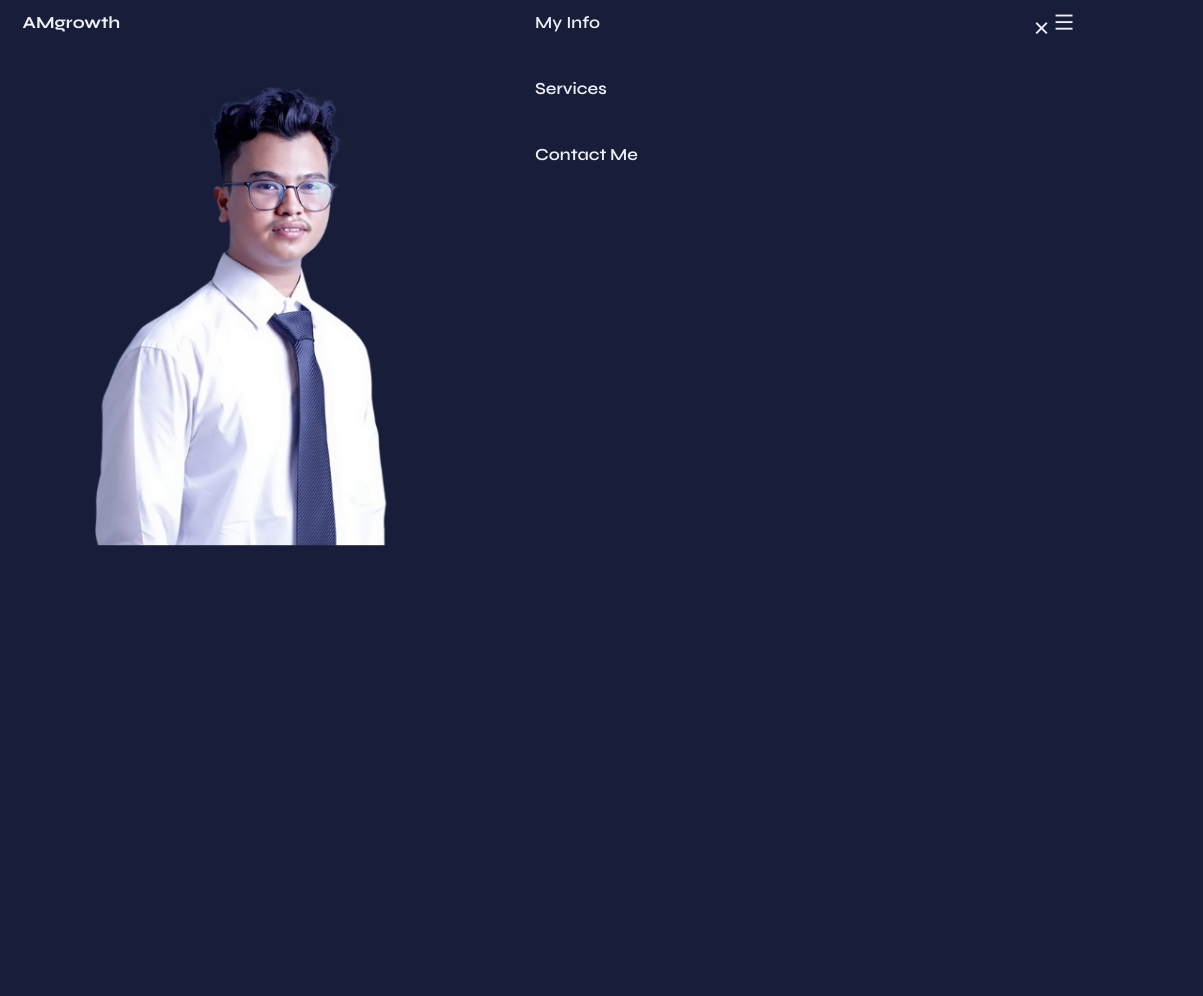
Repository: Ademaulana100499/portofolio
Page: index.html
An editor plug-in stored every save of this project. The page is shown before and after the next save, followed by the edit.
The browser window is 1280 px wide. The pictures show the whole page, at 94% of full size.
Some web fonts or font styles are not loaded; a fallback is used.

Above is the page before, as saved 2024-11-28 15:51:56.

After the next save:
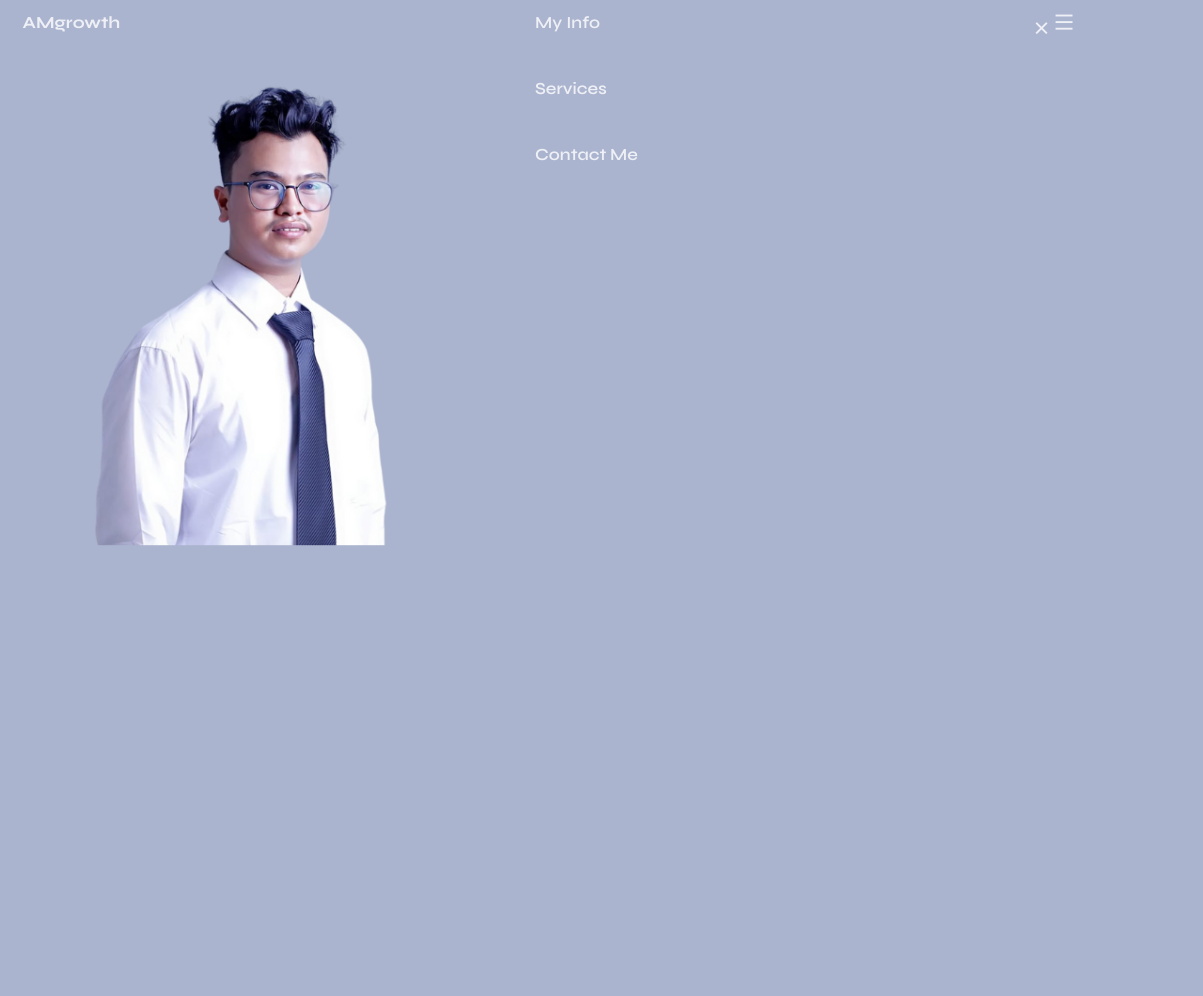
Saved 43 min 5 s later.
--- a/assets/css/style.css
+++ b/assets/css/style.css
@@ -12,7 +12,7 @@
   --title-color: hsl(var(--hue), 30%, 95%);
   --text-color: hsl(var(--hue), 20%, 80%);
   --text-color-light: hsl(var(--hue), 20%, 70%);
-  --body-color: hsl(var(--hue), 40%, 16%);
+  --body-color: hsl(225, 26%, 74%);
   --container-color: hsl(var(--hue), 40%, 20%);
 
   /* Font and typography */

After the save that followed:
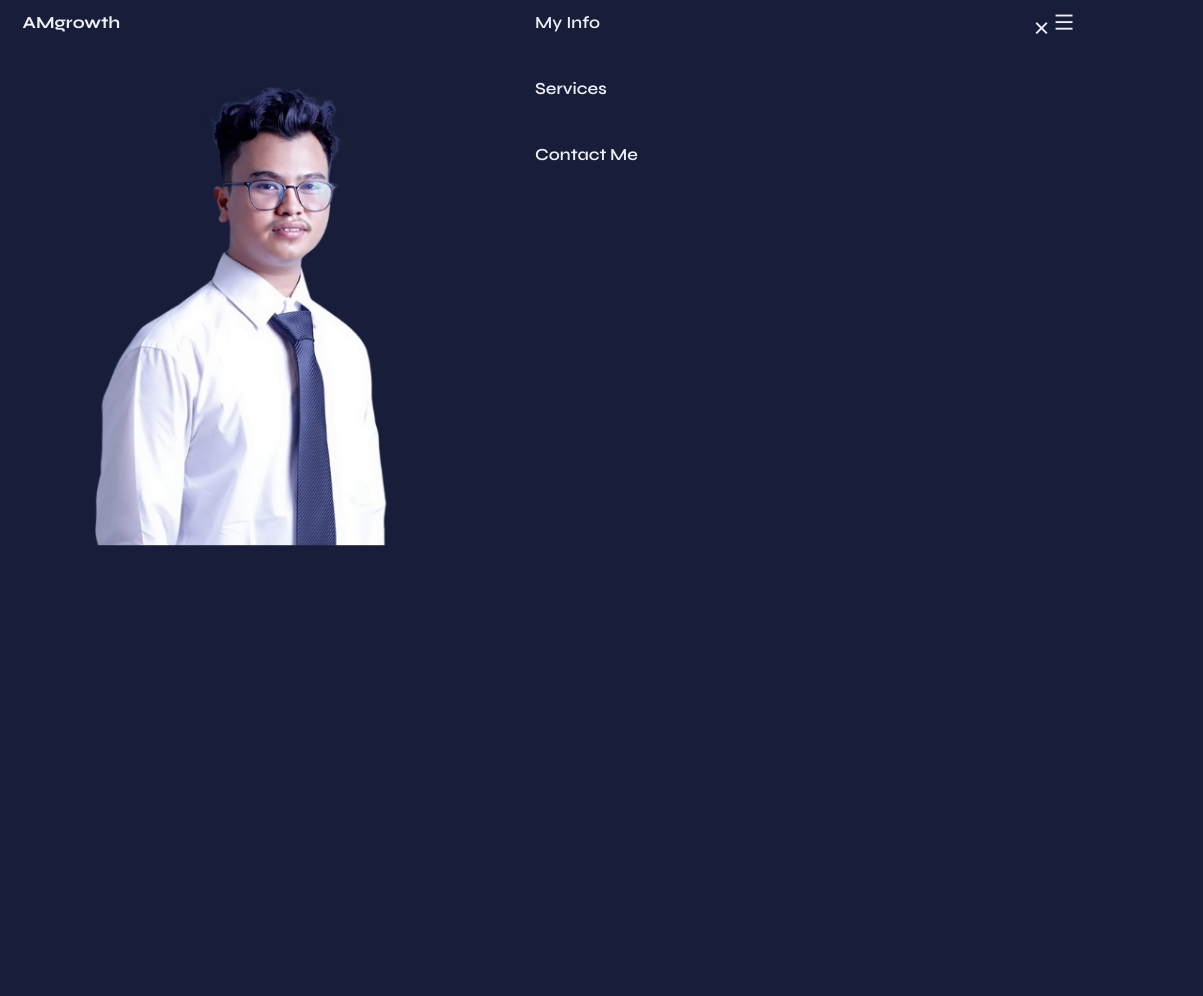
Saved 85 s later.
--- a/assets/css/style.css
+++ b/assets/css/style.css
@@ -12,7 +12,7 @@
   --title-color: hsl(var(--hue), 30%, 95%);
   --text-color: hsl(var(--hue), 20%, 80%);
   --text-color-light: hsl(var(--hue), 20%, 70%);
-  --body-color: hsl(225, 26%, 74%);
+  --body-color: hsl(var(--hue), 40%, 16%);
   --container-color: hsl(var(--hue), 40%, 20%);
 
   /* Font and typography */
